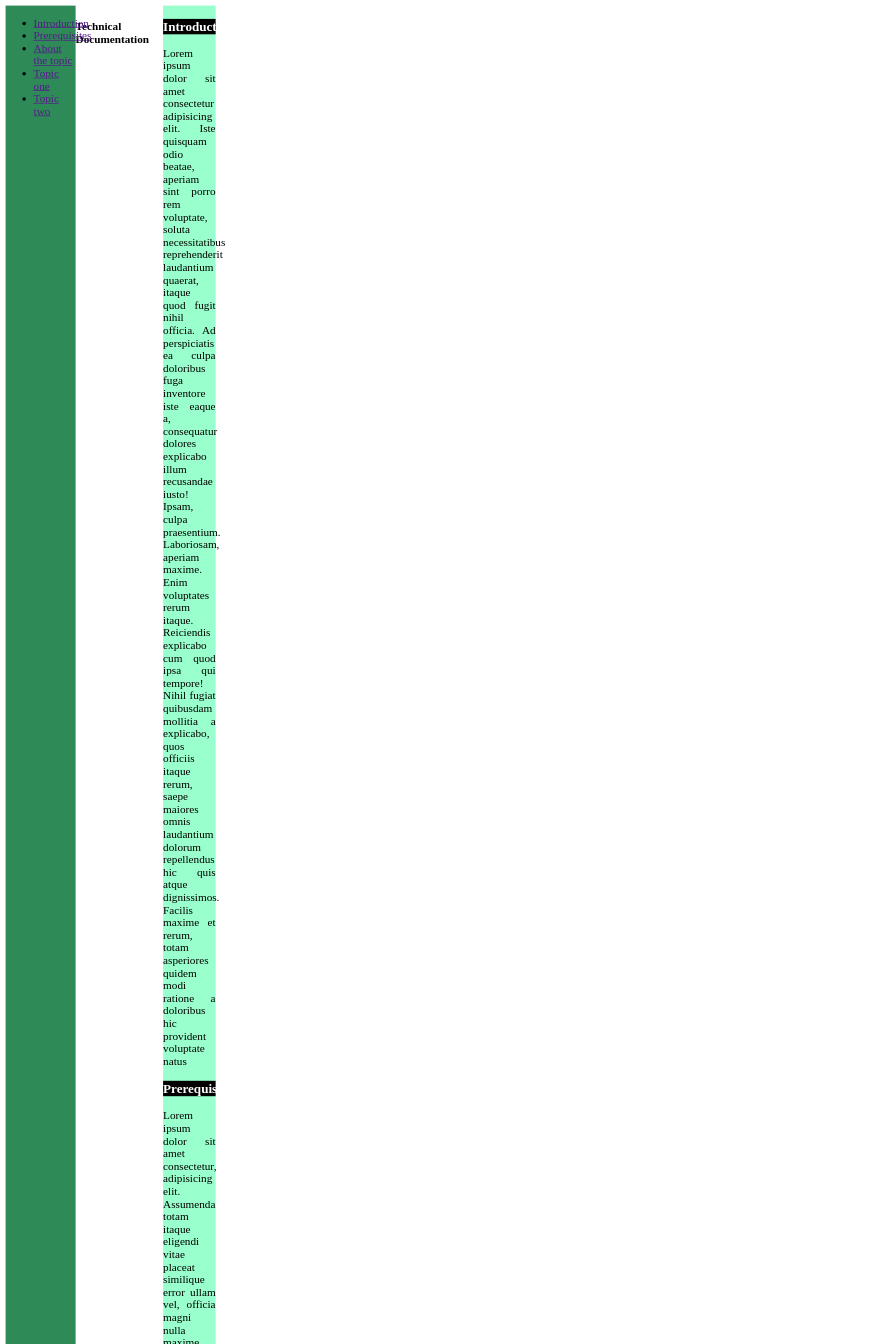
Repository: JoaoLemesDEV/Excercise-Tech-Documentation-Page
Page: index.html
An editor plug-in stored every save of this project. The page is shown before and after the next save, followed by the edit.
The browser window is 1280 px wide. The pictures show the part of the page from y = 0 to 1920 px (the page is 3689 px tall before and 3665 px after), at 70% of full size.

Above is the page before, as saved 2021-10-03 21:21:43.

### index.html
<!DOCTYPE html>
<html lang="en">
  <head>
    <meta charset="UTF-8" />
    <meta http-equiv="X-UA-Compatible" content="IE=edge" />
    <meta name="viewport" content="width=device-width, initial-scale=1.0" />
    <title>Technical Documentaion</title>
    <link rel="stylesheet" href="index.css" />
  </head>
  <body>
    <div class="wrapper">
      <header><h4>Technical Documentation</h4></header>
      <div id="menu">
        <nav>
          <ul>
            <li><a href="">Introduction</a></li>
            <li><a href="">Prerequisites</a></li>
            <li><a href="">About the topic</a></li>
            <li><a href="">Topic one</a></li>
            <li><a href="">Topic two</a></li>
          </ul>
        </nav>
      </div>
      <div id="contents">
        <section id="introduction">
          <h3 style="background: black; color: white">Introduction</h3>
          <p>
            Lorem ipsum dolor sit amet consectetur adipisicing elit. Iste
            quisquam odio beatae, aperiam sint porro rem voluptate, soluta
            necessitatibus reprehenderit laudantium quaerat, itaque quod fugit
            nihil officia. Ad perspiciatis ea culpa doloribus fuga inventore
            iste eaque a, consequatur dolores explicabo illum recusandae iusto!
            Ipsam, culpa praesentium. Laboriosam, aperiam maxime. Enim
            voluptates rerum itaque. Reiciendis explicabo cum quod ipsa qui
            tempore! Nihil fugiat quibusdam mollitia a explicabo, quos officiis
            itaque rerum, saepe maiores omnis laudantium dolorum repellendus hic
            quis atque dignissimos. Facilis maxime et rerum, totam asperiores
            quidem modi ratione a doloribus hic provident voluptate natus
          </p>
        </section>
        <section id="Prerequisites">
          <h3 style="background: black; color: white">Prerequisites</h3>
          <p>
            Lorem ipsum dolor sit amet consectetur, adipisicing elit. Assumenda
            totam itaque eligendi vitae placeat similique error ullam vel,
            officia magni nulla maxime nostrum ad. Aliquid magni reprehenderit
            quod dolores ut?
          </p>
        </section>
        <section id="about the topic">
          <h3 style="background: black; color: white">About the topic</h3>
          <p>
            Lorem ipsum dolor sit, amet consectetur adipisicing elit. Beatae
            cumque repudiandae ratione, natus nisi facilis suscipit, vel nemo
            amet ducimus voluptates architecto voluptatum ipsam expedita itaque,
            quasi aliquam vitae modi?
          </p>
        </section>
        <section id="topic one">
          <h3 style="background: black; color: white">Topic one</h3>
          <p>
            Lorem ipsum dolor sit, amet consectetur adipisicing elit.
            Consectetur modi quidem minima, reprehenderit autem itaque, in
            voluptas laudantium quam ratione animi fuga voluptatum aut beatae
            dolorem velit soluta? Amet, quo.
          </p>
        </section>
        <section id="topic two">
          <h3 style="background: black; color: white">Topic two</h3>
          <p>
            Lorem ipsum dolor sit amet consectetur adipisicing elit. Quia,
            possimus fugit deleniti, maiores asperiores non dolores optio magnam
            aspernatur amet dolore ipsum in quaerat assumenda neque totam sunt
            odit dolorum.
          </p>
        </section>
      </div>
    </div>
  </body>
</html>

### index.css
#menu{
background-color: seagreen;
grid-row-start: 1;
grid-row-end: 2;

}

.wrapper {
    display: grid;
    grid-template-columns: 100px 100px 100px;
    //grid-template-rows: 150px 150px;
}

#contents{
  background-color: cadetblue;
	margin-left: 25%;
	background: #9FC;
  text-align: justify;
}

After the next save:
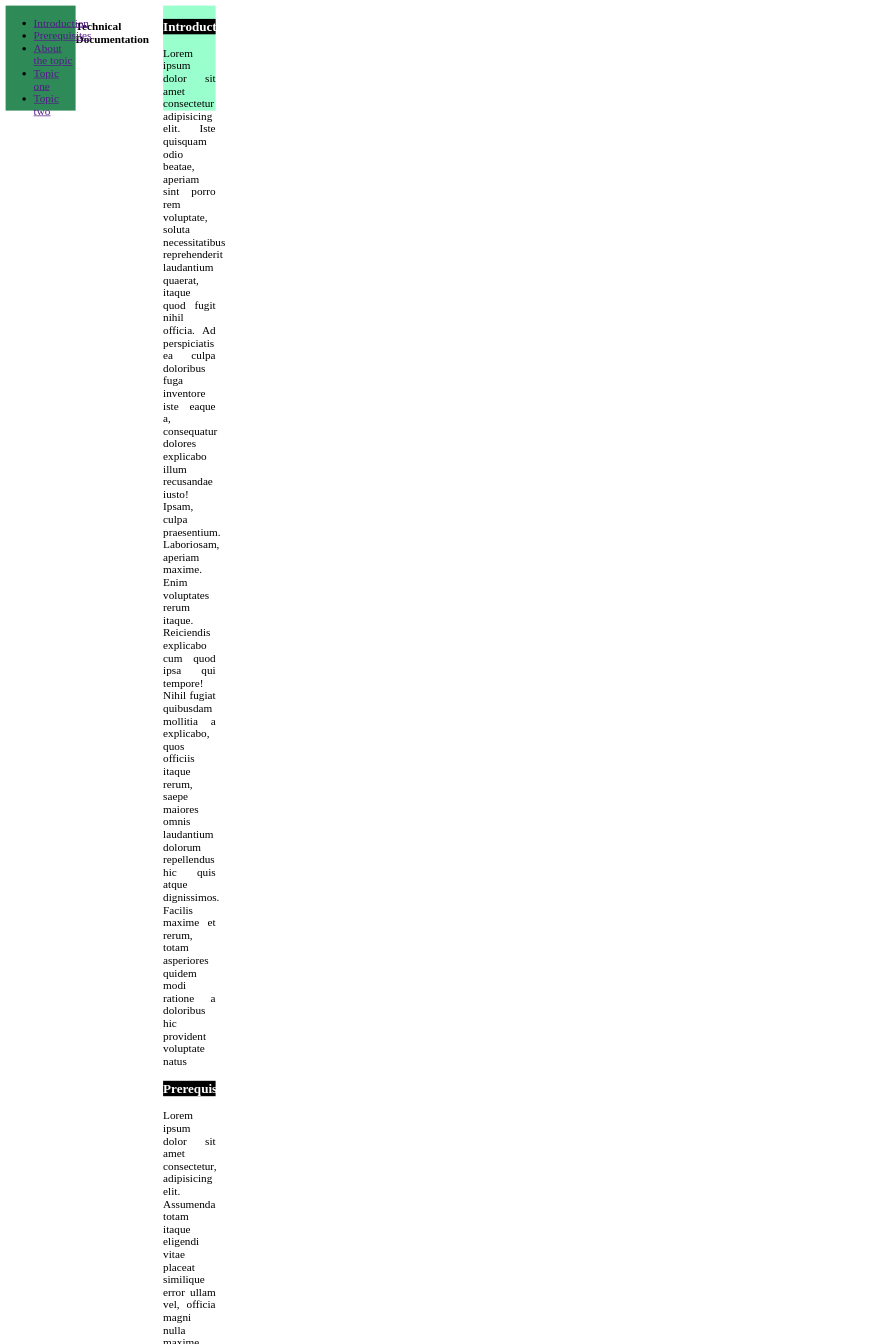
Saved 8 s later.
--- a/index.css
+++ b/index.css
@@ -8,7 +8,7 @@ grid-row-end: 2;
 .wrapper {
     display: grid;
     grid-template-columns: 100px 100px 100px;
-    //grid-template-rows: 150px 150px;
+    grid-template-rows: 150px 150px;
 }
 
 #contents{

After the save that followed:
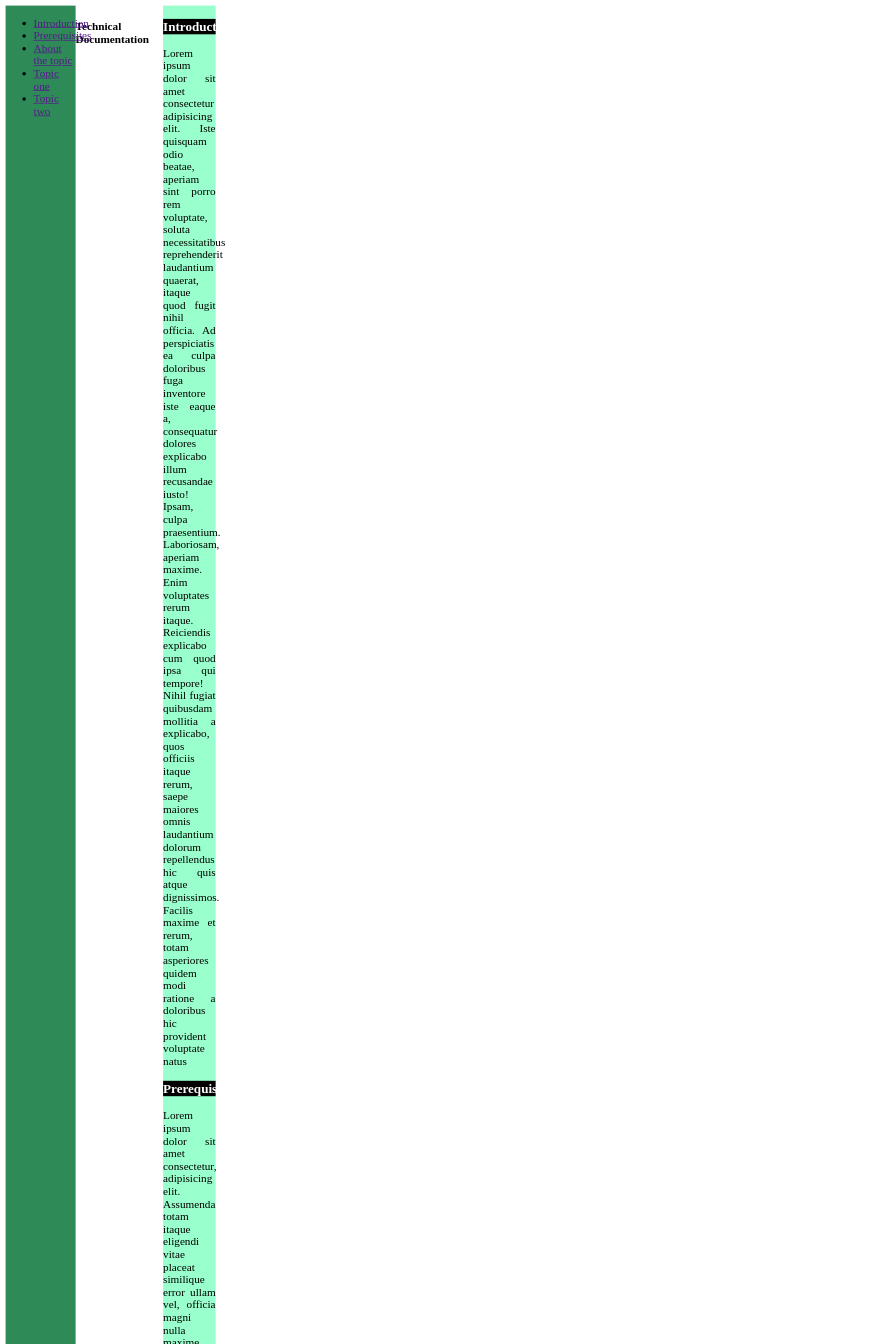
Saved 5 s later.
--- a/index.css
+++ b/index.css
@@ -8,7 +8,7 @@ grid-row-end: 2;
 .wrapper {
     display: grid;
     grid-template-columns: 100px 100px 100px;
-    grid-template-rows: 150px 150px;
+    //grid-template-rows: 150px 150px;
 }
 
 #contents{
